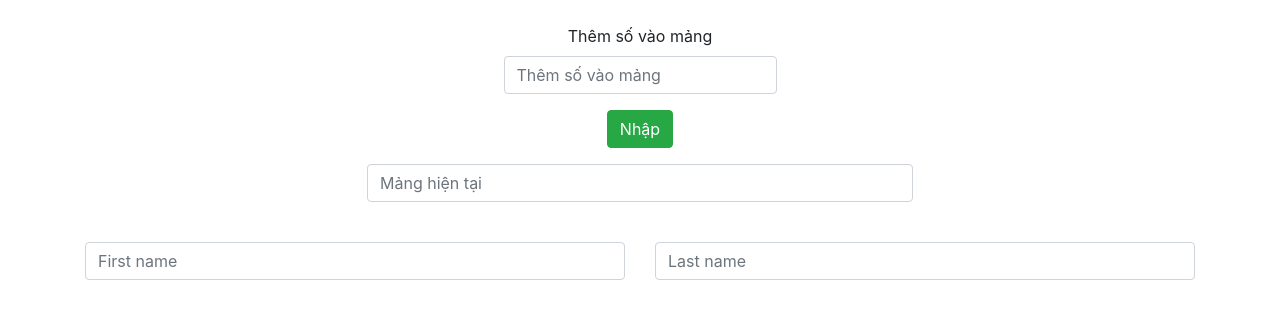
Repository: baobaodeveloper/bootcamp21__array__HuynhAnhBao
Page: index.html
An editor plug-in stored every save of this project. The page is shown before and after the next save, followed by the edit.
The browser window is 1280 px wide. The pictures show the whole page.

Above is the page before, as saved 2022-03-20 16:57:49.

After the next save:
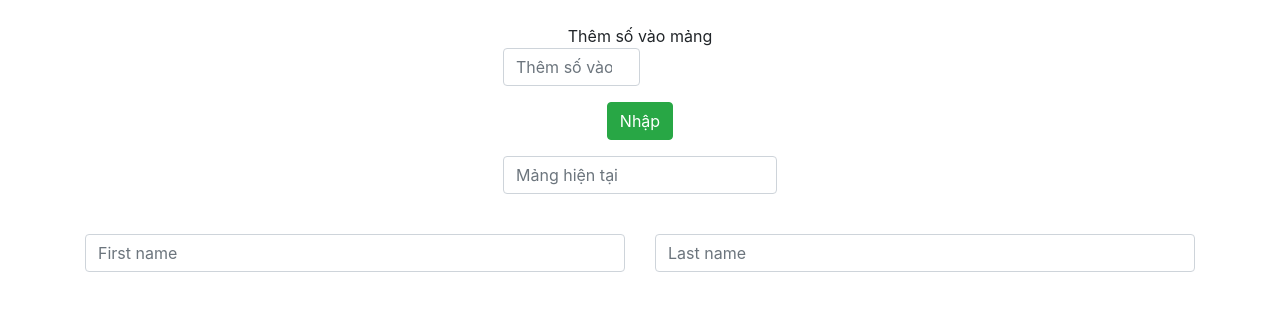
Saved 13 s later.
--- a/index.html
+++ b/index.html
@@ -22,8 +22,8 @@
       <div
         class="mb-3 text-center w-50 d-flex flex-column justify-content-center align-items-center"
       >
-        <label for="formGroupExampleInput" class="form-label"
-          >Thêm số vào mảng</label
+        <labelclass="form-label"
+          >Thêm số vào mảng</labelclass=
         >
         <input
           type="number"

After the save that followed:
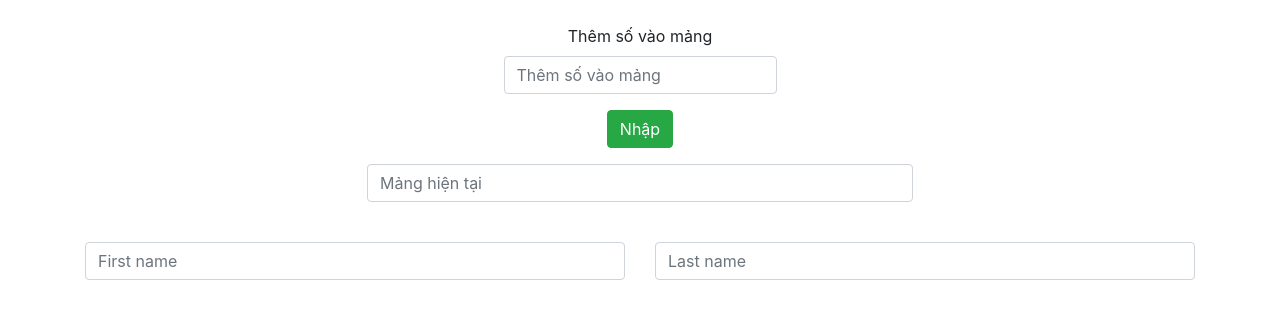
Saved 7 s later.
--- a/index.html
+++ b/index.html
@@ -22,9 +22,7 @@
       <div
         class="mb-3 text-center w-50 d-flex flex-column justify-content-center align-items-center"
       >
-        <labelclass="form-label"
-          >Thêm số vào mảng</labelclass=
-        >
+        <label class="form-label">Thêm số vào mảng</label>
         <input
           type="number"
           class="form-control w-50"
